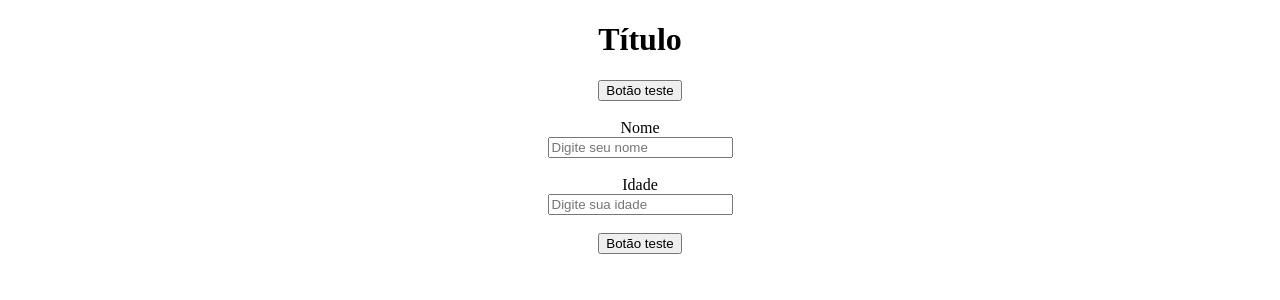
Repository: Gabrielb0rn/Java-script.io
Page: 5quintaaula 2606/index.html
The author's editor kept a copy of each file at every save. The page is drawn from the files as they stood at one save, then again after the next save.
The browser window is 1280 px wide. The pictures show the whole page.

Above is the page before, as saved 2024-06-26 11:52:58.

### 5quintaaula 2606/index.html
<!DOCTYPE html>
<html lang="pt-BR">
<head>
    <meta charset="UTF-8">
    <meta name="viewport" content="width=device-width, initial-scale=1.0">
    <title>HTML + JS</title>
    <link rel="stylesheet" href="assets/style.css">
</head>
<body><center>
    <h1>Título</h1>
    <button onclick="botao()">Botão teste</button>
    <br><br>
    <label>Nome</label>
    <br>
    <input id="nome" type="text" placeholder="Digite seu nome">
    <br><br>
    <label>Idade</label>
    <br>
    <input id="idade" type="number" placeholder="Digite sua idade">
    <br><br>
    <button onclick="botao()">Botão teste</button>


    <script src="assets/scripts.js"></script>
</body></center>
</html>

### 5quintaaula 2606/assets/scripts.js
function nomeEidade() {
    let elementoInput = document.getElementById('nome')
    let nome = elementoInput.value
}














function botao() {
    alert('Teste')
}

Loaded but not shown: 5quintaaula 2606/assets/style.css (no stored copy; drawn as an empty file)

After the next save:
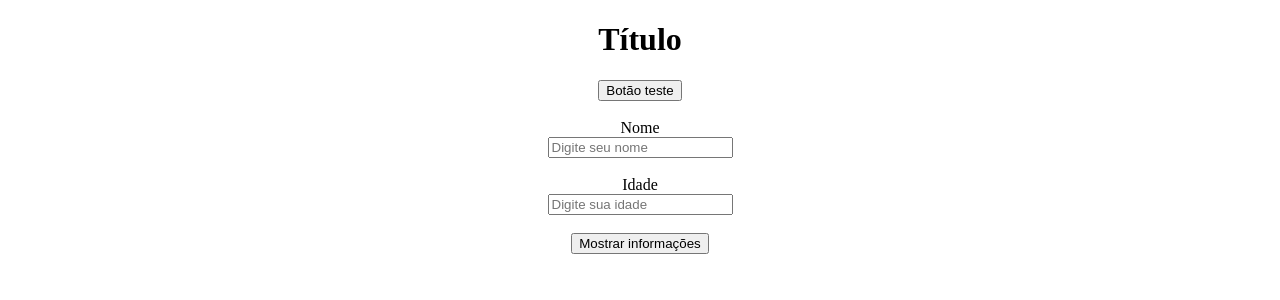
Saved 6 s later.
--- a/5quintaaula 2606/index.html
+++ b/5quintaaula 2606/index.html
@@ -18,7 +18,7 @@
     <br>
     <input id="idade" type="number" placeholder="Digite sua idade">
     <br><br>
-    <button onclick="botao()">Botão teste</button>
+    <button onclick="botao()">Mostrar informações</button>
 
 
     <script src="assets/scripts.js"></script>
